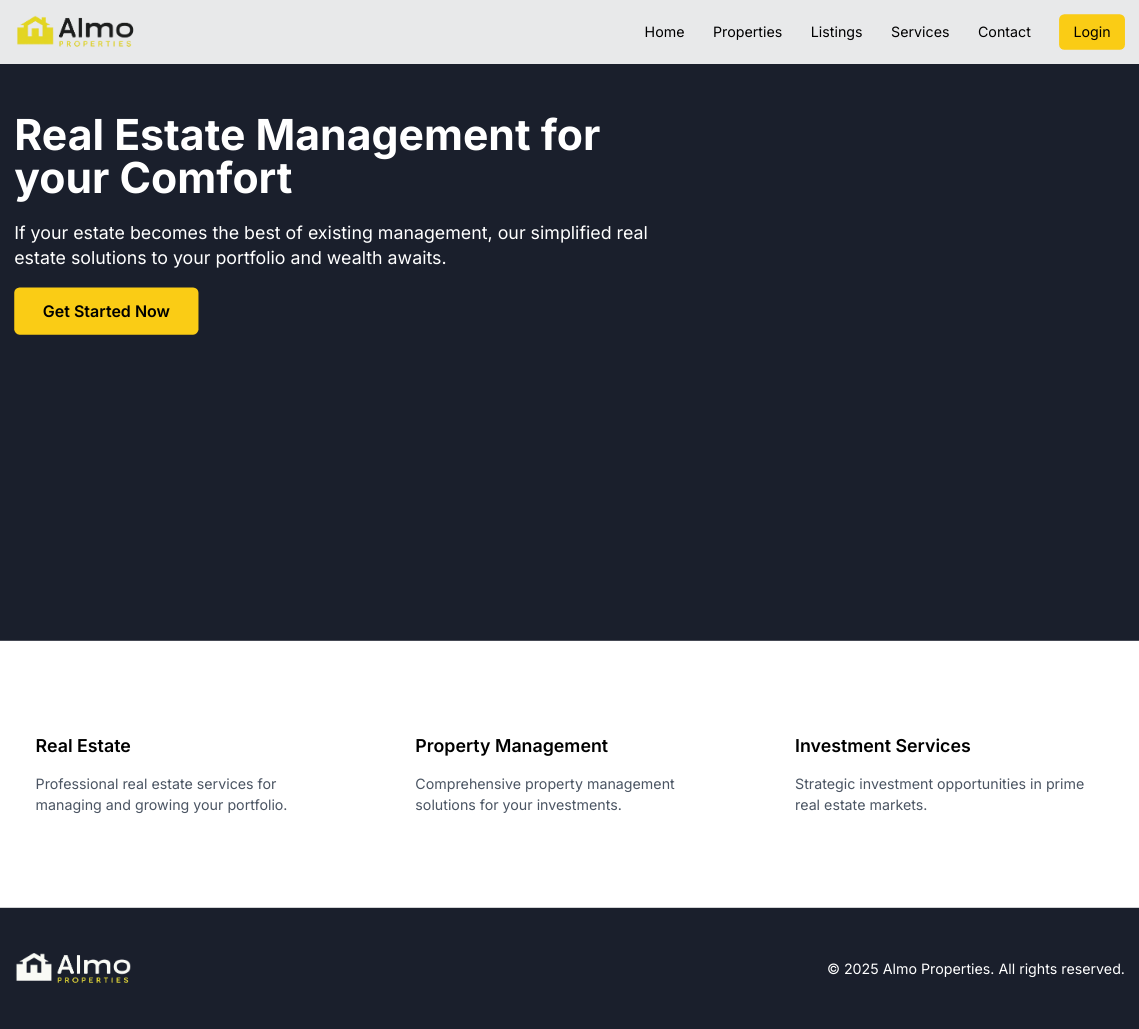
Repository: creesler/almoproperties
Page: /
These files come from the project's save history. The page is drawn as it stood at one moment and after the next save; the edit follows.
The browser window is 1280 px wide. The pictures show the whole page, at 89% of full size.
The project was rebuilt for these pictures with package versions that can differ from the ones it lists, and the page was loaded fresh each time. The framework's server and built-in components were replaced by stand-ins that run in the browser. Also part of the build but not shown: next.config.mjs.

Above is the page before, as saved 2025-03-17 16:12:23.

### src/app/layout.tsx
'use client';

import type { Metadata } from 'next'
import { Inter } from 'next/font/google'
import './globals.css'

const inter = Inter({ subsets: ['latin'] })

export const metadata = {
  title: 'Almo Properties - Real Estate Management',
  description: 'Professional real estate management services for your property portfolio.',
  icons: {
    icon: '/logo/ico.png',
  },
}

export default function RootLayout({
  children,
}: {
  children: React.ReactNode
}) {
  return (
    <html lang="en">
      <head>
        <meta charSet="utf-8" />
        <meta name="viewport" content="width=device-width, initial-scale=1" />
        <link rel="icon" href="/logo/ico.png" />
      </head>
      <body className={inter.className}>
        {children}
      </body>
    </html>
  )
}

### src/app/page.tsx
import Image from 'next/image'
import Link from 'next/link'
import { motion } from 'framer-motion'

export default function Home() {
  return (
    <main className="min-h-screen">
      {/* Header */}
      <header className="fixed w-full bg-white/90 backdrop-blur-sm z-50">
        <nav className="container mx-auto px-4 py-4 flex items-center justify-between">
          <Image
            src="/logo/logoblack.png"
            alt="Almo Properties"
            width={120}
            height={40}
            className="h-10 w-auto"
          />
          <div className="flex items-center gap-8">
            <Link href="/" className="hover:text-yellow-500">Home</Link>
            <Link href="/properties" className="hover:text-yellow-500">Properties</Link>
            <Link href="/listings" className="hover:text-yellow-500">Listings</Link>
            <Link href="/services" className="hover:text-yellow-500">Services</Link>
            <Link href="/contact" className="hover:text-yellow-500">Contact</Link>
            <Link href="/login" className="bg-yellow-400 text-black px-4 py-2 rounded-md hover:bg-yellow-500">
              Login
            </Link>
          </div>
        </nav>
      </header>

      {/* Hero Section */}
      <section className="relative h-screen bg-navy-900 text-white">
        <div className="container mx-auto px-4 pt-32">
          <div className="max-w-3xl">
            <h1 className="text-5xl font-bold mb-6">
              Real Estate Management for your Comfort
            </h1>
            <p className="text-xl mb-8">
              If your estate becomes the best of existing management, our simplified real estate solutions to your portfolio and wealth awaits.
            </p>
            <Link
              href="/get-started"
              className="bg-yellow-400 text-black px-8 py-4 rounded-md text-lg font-semibold hover:bg-yellow-500"
            >
              Get Started Now
            </Link>
          </div>
        </div>
      </section>

      {/* Features Section */}
      <section className="py-20 bg-white">
        <div className="container mx-auto px-4">
          <div className="grid grid-cols-1 md:grid-cols-3 gap-8">
            <div className="p-6 rounded-lg">
              <h3 className="text-xl font-semibold mb-4">Real Estate</h3>
              <p className="text-gray-600">Professional real estate services for managing and growing your portfolio.</p>
            </div>
            <div className="p-6 rounded-lg">
              <h3 className="text-xl font-semibold mb-4">Property Management</h3>
              <p className="text-gray-600">Comprehensive property management solutions for your investments.</p>
            </div>
            <div className="p-6 rounded-lg">
              <h3 className="text-xl font-semibold mb-4">Investment Services</h3>
              <p className="text-gray-600">Strategic investment opportunities in prime real estate markets.</p>
            </div>
          </div>
        </div>
      </section>

      {/* Footer */}
      <footer className="bg-navy-900 text-white py-12">
        <div className="container mx-auto px-4">
          <div className="flex justify-between items-center">
            <Image
              src="/logo/logowhite.png"
              alt="Almo Properties"
              width={120}
              height={40}
              className="h-10 w-auto"
            />
            <p>&copy; {new Date().getFullYear()} Almo Properties. All rights reserved.</p>
          </div>
        </div>
      </footer>
    </main>
  )
}

### src/app/globals.css
@tailwind base;
@tailwind components;
@tailwind utilities;

:root {
    --foreground-rgb: 0, 0, 0;
    --background-rgb: 255, 255, 255;
}

body {
    color: rgb(var(--foreground-rgb));
    background: rgb(var(--background-rgb));
}

### tailwind.config.ts
import type { Config } from 'tailwindcss'

const config: Config = {
  content: [
    './src/pages/**/*.{js,ts,jsx,tsx,mdx}',
    './src/components/**/*.{js,ts,jsx,tsx,mdx}',
    './src/app/**/*.{js,ts,jsx,tsx,mdx}',
  ],
  theme: {
    extend: {
      colors: {
        'navy': {
          900: '#1a1f2c',
        },
      },
      backgroundImage: {
        'gradient-radial': 'radial-gradient(var(--tw-gradient-stops))',
        'gradient-conic': 'conic-gradient(from 180deg at 50% 50%, var(--tw-gradient-stops))',
      },
    },
  },
  plugins: [],
}
export default config

After the next save:
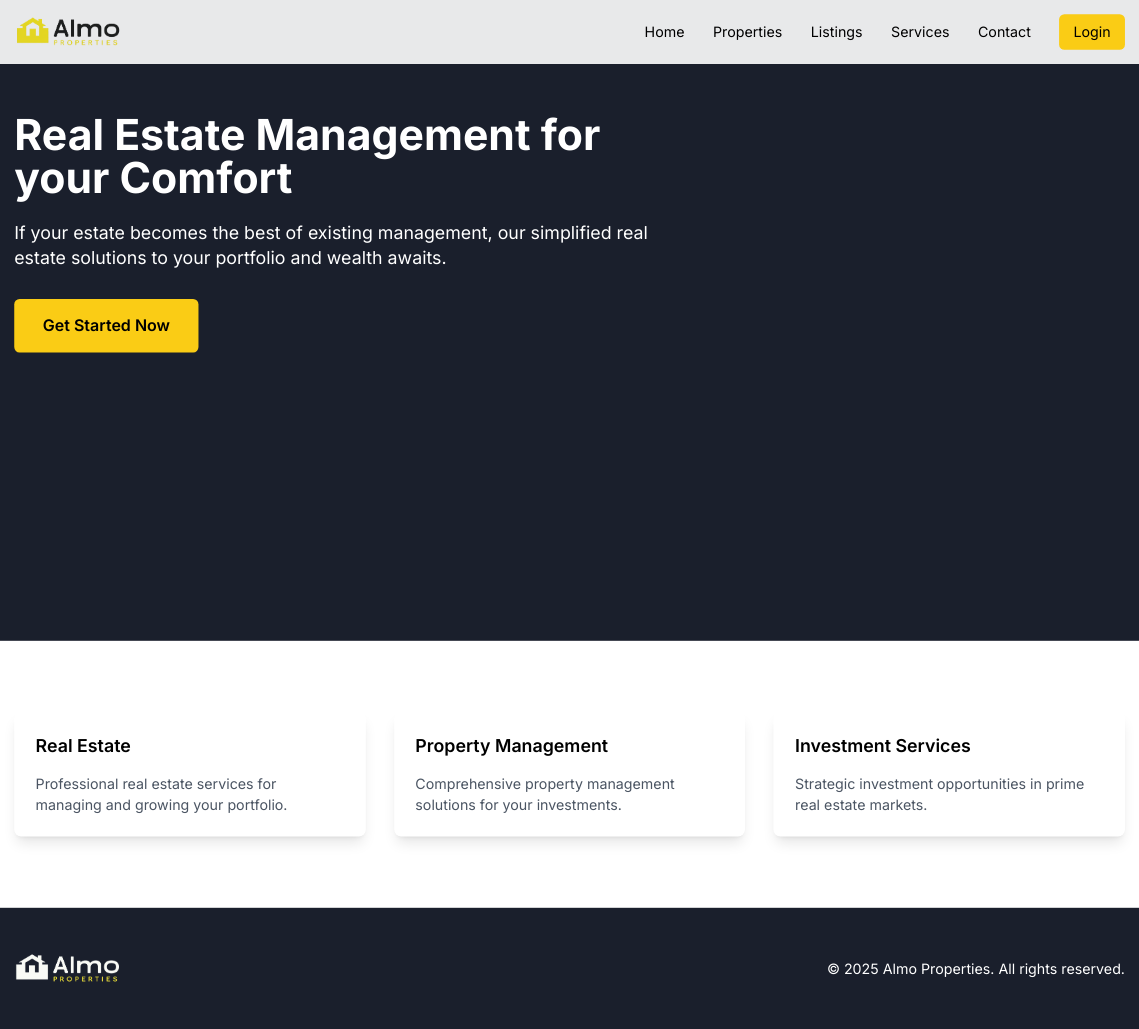
Saved 24 s later.
--- a/src/app/page.tsx
+++ b/src/app/page.tsx
@@ -1,3 +1,5 @@
+'use client';
+
 import Image from 'next/image'
 import Link from 'next/link'
 import { motion } from 'framer-motion'
@@ -8,13 +10,15 @@ export default function Home() {
       {/* Header */}
       <header className="fixed w-full bg-white/90 backdrop-blur-sm z-50">
         <nav className="container mx-auto px-4 py-4 flex items-center justify-between">
-          <Image
-            src="/logo/logoblack.png"
-            alt="Almo Properties"
-            width={120}
-            height={40}
-            className="h-10 w-auto"
-          />
+          <div className="relative w-[120px] h-[40px]">
+            <Image
+              src="/logo/logoblack.png"
+              alt="Almo Properties"
+              fill
+              style={{ objectFit: 'contain' }}
+              priority
+            />
+          </div>
           <div className="flex items-center gap-8">
             <Link href="/" className="hover:text-yellow-500">Home</Link>
             <Link href="/properties" className="hover:text-yellow-500">Properties</Link>
@@ -32,18 +36,34 @@ export default function Home() {
       <section className="relative h-screen bg-navy-900 text-white">
         <div className="container mx-auto px-4 pt-32">
           <div className="max-w-3xl">
-            <h1 className="text-5xl font-bold mb-6">
+            <motion.h1
+              initial={{ opacity: 0, y: 20 }}
+              animate={{ opacity: 1, y: 0 }}
+              transition={{ duration: 0.5 }}
+              className="text-5xl font-bold mb-6"
+            >
               Real Estate Management for your Comfort
-            </h1>
-            <p className="text-xl mb-8">
+            </motion.h1>
+            <motion.p
+              initial={{ opacity: 0, y: 20 }}
+              animate={{ opacity: 1, y: 0 }}
+              transition={{ duration: 0.5, delay: 0.2 }}
+              className="text-xl mb-8"
+            >
               If your estate becomes the best of existing management, our simplified real estate solutions to your portfolio and wealth awaits.
-            </p>
-            <Link
-              href="/get-started"
-              className="bg-yellow-400 text-black px-8 py-4 rounded-md text-lg font-semibold hover:bg-yellow-500"
+            </motion.p>
+            <motion.div
+              initial={{ opacity: 0, y: 20 }}
+              animate={{ opacity: 1, y: 0 }}
+              transition={{ duration: 0.5, delay: 0.4 }}
             >
-              Get Started Now
-            </Link>
+              <Link
+                href="/get-started"
+                className="bg-yellow-400 text-black px-8 py-4 rounded-md text-lg font-semibold hover:bg-yellow-500 inline-block"
+              >
+                Get Started Now
+              </Link>
+            </motion.div>
           </div>
         </div>
       </section>
@@ -52,18 +72,33 @@ export default function Home() {
       <section className="py-20 bg-white">
         <div className="container mx-auto px-4">
           <div className="grid grid-cols-1 md:grid-cols-3 gap-8">
-            <div className="p-6 rounded-lg">
+            <motion.div
+              initial={{ opacity: 0, y: 20 }}
+              whileInView={{ opacity: 1, y: 0 }}
+              transition={{ duration: 0.5 }}
+              className="p-6 rounded-lg shadow-lg"
+            >
               <h3 className="text-xl font-semibold mb-4">Real Estate</h3>
               <p className="text-gray-600">Professional real estate services for managing and growing your portfolio.</p>
-            </div>
-            <div className="p-6 rounded-lg">
+            </motion.div>
+            <motion.div
+              initial={{ opacity: 0, y: 20 }}
+              whileInView={{ opacity: 1, y: 0 }}
+              transition={{ duration: 0.5, delay: 0.2 }}
+              className="p-6 rounded-lg shadow-lg"
+            >
               <h3 className="text-xl font-semibold mb-4">Property Management</h3>
               <p className="text-gray-600">Comprehensive property management solutions for your investments.</p>
-            </div>
-            <div className="p-6 rounded-lg">
+            </motion.div>
+            <motion.div
+              initial={{ opacity: 0, y: 20 }}
+              whileInView={{ opacity: 1, y: 0 }}
+              transition={{ duration: 0.5, delay: 0.4 }}
+              className="p-6 rounded-lg shadow-lg"
+            >
               <h3 className="text-xl font-semibold mb-4">Investment Services</h3>
               <p className="text-gray-600">Strategic investment opportunities in prime real estate markets.</p>
-            </div>
+            </motion.div>
           </div>
         </div>
       </section>
@@ -72,13 +107,14 @@ export default function Home() {
       <footer className="bg-navy-900 text-white py-12">
         <div className="container mx-auto px-4">
           <div className="flex justify-between items-center">
-            <Image
-              src="/logo/logowhite.png"
-              alt="Almo Properties"
-              width={120}
-              height={40}
-              className="h-10 w-auto"
-            />
+            <div className="relative w-[120px] h-[40px]">
+              <Image
+                src="/logo/logowhite.png"
+                alt="Almo Properties"
+                fill
+                style={{ objectFit: 'contain' }}
+              />
+            </div>
             <p>&copy; {new Date().getFullYear()} Almo Properties. All rights reserved.</p>
           </div>
         </div>
